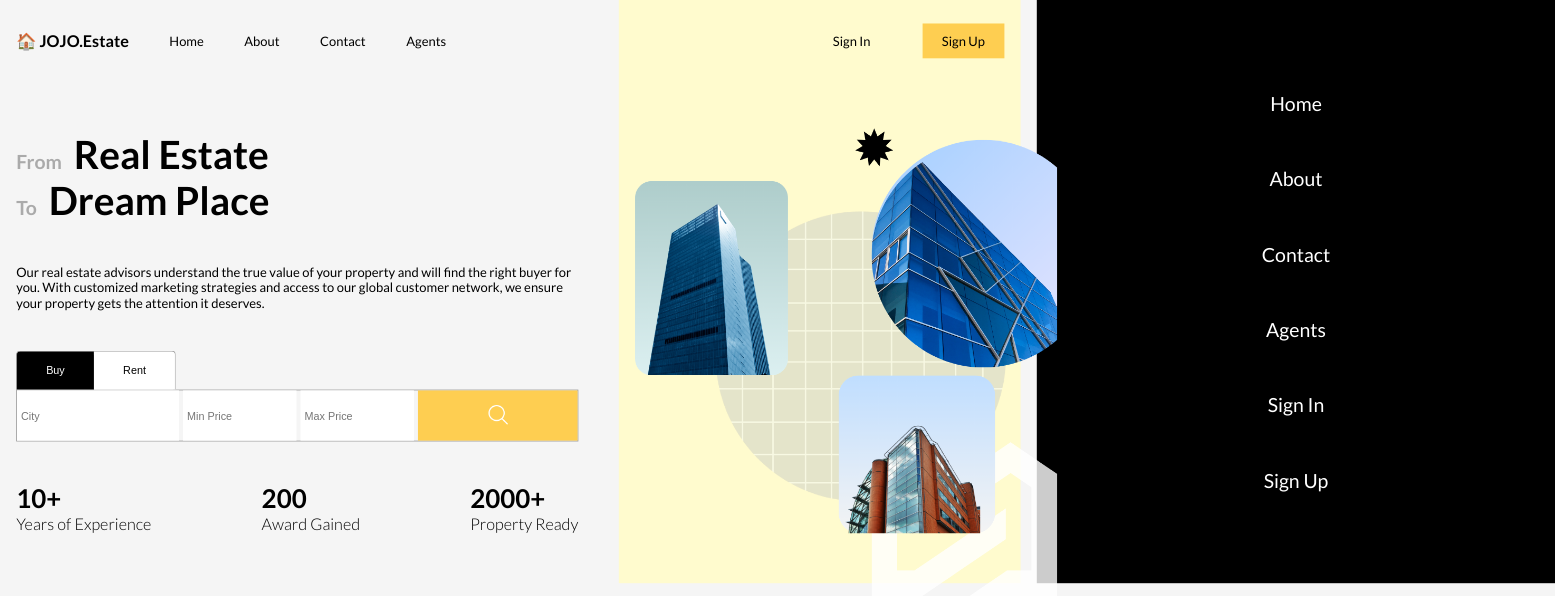
Repository: AiTrinh303/JOJO-estate
Page: /
An editor plug-in stored every save of this project. The page is shown before and after the next save, followed by the edit.
The browser window is 1280 px wide. The page is 1920 px wide, so the pictures cover 1920 px, including what lies to the right of the window. The pictures show the whole page, at 81% of full size.
The page's requests for data from a server got no answer. The project was rebuilt for these pictures with package versions that can differ from the ones it lists, and the page was loaded fresh each time. No one was signed in, and anything a server would have sent is missing. Also part of the build but not shown: vite.config.js, src/routes/listPage/listPage.scss, src/components/filter/filter.scss, src/components/filter/Filter.jsx, src/components/card/card.scss, src/components/card/Card.jsx, src/components/map/map.scss, src/components/pin/pin.scss and 21 more. Imported but missing from the stored project, and not drawn on this page: src/components/uploadWidget/UploadWidget.

Above is the page before, as saved 2024-08-06 21:38:41.

### index.html
<!DOCTYPE html>
<html lang="en">
  <head>
    <meta charset="UTF-8" />
    <link rel="icon" type="image/svg+xml" href="/logo.png" />
    <meta name="viewport" content="width=device-width, initial-scale=1.0" />
    <title>🏠JOJO Estate App</title>
    <meta name="description" content="Buy, Sell and Rent Properties" />
    <link
      href="https://fonts.googleapis.com/css2?family=Lato:ital,wght@0,100;0,300;0,400;0,700;0,900;1,100;1,300;1,400;1,700;1,900&display=swap"
      rel="stylesheet"
    />
  </head>
  <body>
    <div id="root"></div>
    <script type="module" src="/src/main.jsx"></script>
  </body>
</html>

### src/App.jsx
import HomePage from "./routes/homePage/homePage";
import { createBrowserRouter, RouterProvider } from "react-router-dom";
import ListPage from "./routes/listPage/listPage";
import { Layout, RequireAuth } from "./routes/layout/layout";
import SinglePage from "./routes/singlePage/singlePage";
import ProfilePage from "./routes/profilePage/profilePage";
import Login from "./routes/login/login";
import Register from "./routes/register/register";
import ProfileUpdatePage from "./routes/profileUpdatePage/profileUpdatePage";
import NewPostPage from "./routes/newPostPage/newPostPage";
import { listPageLoader, profilePageLoader, singlePageLoader } from "./lib/loaders";

function App() {
  const router = createBrowserRouter([
    {
      path: "/",
      element: <Layout />,
      children: [
        {
          path: "/",
          element: <HomePage />,
        },
        {
          path: "/list",
          element: <ListPage />,
          loader: listPageLoader,
        },
        {
          path: "/:id",
          element: <SinglePage />,
          loader: singlePageLoader,
        },
        {
          path: "/login",
          element: <Login />,
        },
        {
          path: "/register",
          element: <Register />,
        },
      ],
    },
    {
      path: "/",
      element: <RequireAuth />,
      children: [
        {
          path: "/profile",
          element: <ProfilePage />,
          loader: profilePageLoader
        },
        {
          path: "/profile/update",
          element: <ProfileUpdatePage />,
        },
        {
          path: "/add",
          element: <NewPostPage />,
        },
      ],
    },
  ]);

  return <RouterProvider router={router} />;
}

export default App;

### src/index.scss
*{
  padding: 0;
  margin: 0;
  box-sizing: border-box;
}

a {
  text-decoration: none;
  color: inherit;
}

body{
  font-family: "Lato", sans-serif;
  overflow: hidden;
  background-color: #f5f5f5;
}

### src/routes/homePage/homePage.jsx
import { useContext } from "react";
import SearchBar from "../../components/searchBar/SearchBar";
import "./homePage.scss";
import { AuthContext } from "../../context/AuthContext";

function HomePage() {

  const {currentUser} = useContext(AuthContext)

  return (
    <div className="homePage">
      <div className="textContainer">
        <div className="wrapper">
          <h1 className="title">
            <span className="small-text">From </span>
            <span className="animated-text">Real Estate</span>
            <br />
            <span className="small-text">To </span>
            <span className="animated-text">Dream Place</span>
          </h1>
          <p>
          Our real estate advisors understand the true value of your property and will find the right buyer for you. With customized marketing strategies and access to our global customer network, we ensure your property gets the attention it deserves.
          </p>
          <SearchBar />
          <div className="boxes">
            <div className="box">
              <h1>10+</h1>
              <h2>Years of Experience</h2>
            </div>
            <div className="box">
              <h1>200</h1>
              <h2>Award Gained</h2>
            </div>
            <div className="box">
              <h1>2000+</h1>
              <h2>Property Ready</h2>
            </div>
          </div>
        </div>
      </div>
      <div className="imgContainer">
        <img src="/bg.png" alt="" />
      </div>
      {/* <div className="imgBottom">
        <img src="/bg1.jpg" alt="" />
      </div> */}
    </div>
  );
}

export default HomePage;

### src/routes/layout/layout.jsx
import "./layout.scss";
import Navbar from "../../components/navbar/Navbar";
import { Navigate, Outlet } from "react-router-dom";
import { useContext } from "react";
import { AuthContext } from "../../context/AuthContext";

function Layout() {
  return (
    <div className="layout">
      <div className="navbar">
        <Navbar />
      </div>
      <div className="content">
        <Outlet />
      </div>
    </div>
  );
}

function RequireAuth() {
  const { currentUser } = useContext(AuthContext);

  if (!currentUser) return <Navigate to="/login" />;
  else {
    return (
      <div className="layout">
        <div className="navbar">
          <Navbar />
        </div>
        <div className="content">
          <Outlet />
        </div>
      </div>
    );
  }
}

export { Layout, RequireAuth };

### src/components/searchBar/SearchBar.jsx
import { useState } from "react";
import "./searchBar.scss";
import { Link } from "react-router-dom";

const types = ["buy", "rent"];

function SearchBar() {
  const [query, setQuery] = useState({
    type: "buy",
    city: "",
    minPrice: 0,
    maxPrice: 0,
  });

  const switchType = (val) => {
    setQuery((prev) => ({ ...prev, type: val }));
  };

  const handleChange = (e) => {
    setQuery((prev) => ({ ...prev, [e.target.name]: e.target.value }));
  };

  return (
    <div className="searchBar">
      <div className="type">
        {types.map((type) => (
          <button
            key={type}
            onClick={() => switchType(type)}
            className={query.type === type ? "active" : ""}
          >
            {type}
          </button>
        ))}
      </div>
      <form>
        <input
          type="text"
          name="city"
          placeholder="City"
          onChange={handleChange}
        />
        <input
          type="number"
          name="minPrice"
          min={0}
          max={10000000}
          placeholder="Min Price"
          onChange={handleChange}
        />
        <input
          type="number"
          name="maxPrice"
          min={0}
          max={10000000}
          placeholder="Max Price"
          onChange={handleChange}
        />
        <Link
          to={`/list?type=${query.type}&city=${query.city}&minPrice=${query.minPrice}&maxPrice=${query.maxPrice}`}
        >
          <button>
            <img src="/search.png" alt="" />
          </button>
        </Link>
      </form>
    </div>
  );
}

export default SearchBar;

### src/routes/homePage/homePage.scss
@import "../../responsive.scss";

.homePage {
  display: flex;
  height: 100%;
  // background-color: #f5f5f5;

  .textContainer {
    flex: 3;

    .wrapper {
      padding-right: 100px;
      display: flex;
      flex-direction: column;
      justify-content: center;
      gap: 50px;
      height: 100%;

      @include lg{
        padding-right: 50px;
      }

      @include md{
        padding: 0;
      }

      @include sm{
        justify-content: flex-start;
      }

      .title {
        font-size: 64px;
        .small-text {
          font-size: 0.5em;
          color: #aaa;
          margin-right: 10px;
        }
        .animated-text {
          display: inline-block;
          position: relative;
          animation: slide-in 2s ease-in-out;
        }
        @include lg {
          font-size: 48px;
        }
      }

      .boxes {
        display: flex;
        justify-content: space-between;

        @include sm {
          display: none;
        }

        h1 {
          font-size: 36px;


          @include lg {
            font-size: 32px;
          }
        }

        h2 {
          font-size: 20px;
          font-weight: 300;
        }
      }
    }
  }

  .imgContainer {
    flex: 2;
    background-color: #fffbce;
    position: relative;
    display: flex;
    align-items: center;


    @include md {
      display: none;
    }

    img {
      width: 115%;
      position: absolute;
      right: -45px;


      @include lg {
        width: 105%;
      }
    }
  }


}
@keyframes slide-in {
  0% {
    opacity: 0;
    transform: translateX(-100%);
  }
  100% {
    opacity: 1;
    transform: translateX(0);
  }
}

### src/routes/layout/layout.scss
@import "../../responsive.scss";

.layout {
  height: 100vh;
  max-width: 1366px;
  margin-left: auto;
  margin-right: auto;
  padding-left: 20px;
  padding-right: 20px;
  display: flex;
  flex-direction: column;

  @include lg {
    max-width: 1280px;
  }

  @include md {
    max-width: 768px;
  }

  @include sm {
    max-width: 640px;
  }

  .content {
    // flex: 1;
    height: calc(100vh - 100px);
  }
}

### src/components/navbar/Navbar.jsx
import { useContext, useState } from "react";
import "./navbar.scss";
import { Link } from "react-router-dom";
import { AuthContext } from "../../context/AuthContext";
import { useNotificationStore } from "../../lib/notificationStore";

function Navbar() {
  const [open, setOpen] = useState(false);

  const { currentUser } = useContext(AuthContext);

  const fetch = useNotificationStore((state) => state.fetch);
  const number = useNotificationStore((state) => state.number);

  if(currentUser) fetch();

  return (
    <nav>
      <div className="left">
        <a href="/" className="logo">
          <span>🏠 JOJO.Estate</span>
        </a>
        <a href="/">Home</a>
        <a href="/">About</a>
        <a href="/">Contact</a>
        <a href="/">Agents</a>
      </div>

      <div className="right">
        <a href="/">Sign In</a>
        <a href="/" className="register">Sign Up</a>
        <div className="menuIcon">
          <img
            src="/menu.png"
            alt="menu"
            onClick={() => setOpen((prev) => !prev)}/>
        </div>
        <div className={open ? "menu active" : "menu"}>
          <a href="/">Home</a>
          <a href="/">About</a>
          <a href="/">Contact</a>
          <a href="/">Agents</a>
          <a href="/">Sign In</a>
          <a href="/">Sign Up</a>
        </div>
        {/* {currentUser ? (
          <div className="user">
            <img src={currentUser.avatar || "/noavatar.jpg"} alt="" />
            <span>{currentUser.username}</span>
            <Link to="/profile" className="profile">
              {number > 0 && <div className="notification">{number}</div>}
              <span>Profile</span>
            </Link>
          </div>
        ) : (
          <>
            <a href="/login">Sign in</a>
            <a href="/register" className="register">
              Sign up
            </a>
          </>
        )}
        <div className="menuIcon">
          <img
            src="/menu.png"
            alt=""
            onClick={() => setOpen((prev) => !prev)}
          />
        </div>
        <div className={open ? "menu active" : "menu"}>
          <a href="/">Home</a>
          <a href="/">About</a>
          <a href="/">Contact</a>
          <a href="/">Agents</a>
          <a href="/">Sign in</a>
          <a href="/">Sign up</a>
        </div> */}
      </div>
    </nav>
  );
}

export default Navbar;

### src/components/searchBar/searchBar.scss
@import "../../responsive.scss";

.searchBar {
  .type {


    button {
      padding: 16px 36px;
      border: 1px solid #999;
      border-bottom: none;
      cursor: pointer;
      background-color: white;
      text-transform: capitalize;

      &.active {
        background-color: black;
        color: white;
      };

      &:first-child {
        border-top-left-radius: 5px;
        border-right: none;
      };
      &:last-child {
        border-top-right-radius: 5px;
        border-left: none;
      };
    }
  }

  form {
    border: 1px solid #999;
    display: flex;
    justify-content: space-between;
    height: 64px;
    gap: 5px;

    @include sm {
      flex-direction: column;
      border: none;
    };

    input {
      border: none;
      padding: 0px 10px;
      width: 200px;

      @include lg {
        padding: 0px 5px;

        &:nth-child(2),
        &:nth-child(3) {
          width: 140px;
        }
      };
      @include md {
        width: 200px;
        &:nth-child(2),
        &:nth-child(3) {
          width: 200px;
        }
      };

      @include sm{
        width: auto;
        &:nth-child(2),
        &:nth-child(3) {
          width: auto;
        }
        padding: 20px;
        border: 1px solid #999;
      }
    };

    a{
      flex: 1;
      background-color: #fece51;
      display: flex;
      align-items: center;
      justify-content: center;

      button {
        border: none;
        cursor: pointer;
        background-color: #fece51;

        @include sm{
          padding: 10px;
        }

        img {
          width: 24px;
          height: 24px;
        }
      }
    }
  }
}

### src/responsive.scss
@mixin sm {
  @media (max-width: 738px) {
    @content;
  }
};

@mixin md {
  @media (max-width: 1024px) {
    @content;
  }
};

@mixin lg {
  @media (max-width: 1366px) {
    @content;
  }
};

### src/components/navbar/navbar.scss
@import "../../responsive.scss";

nav {
  height: 100px;
  display: flex;
  justify-content: space-between;
  align-items: center;

  a {
    transition: all 0.4s ease;

    @include sm {
      display: none;
    }

    &:hover {
      scale: 1.08;
    }
  }

  .left {
    flex: 3;
    display: flex;
    align-items: center;
    gap: 50px;

    .logo {
      font-weight: bold;
      font-size: 20px;
      display: flex;
      align-items: center;
      gap: 3px;

      span {
        @include md {
          display: none;
        }

        @include sm {
          display: initial;
        }
      }
    }
  }
  .right {
    flex: 2;
    display: flex;
    align-items: center;
    justify-content: flex-end;
    background-color: #fffbce;
    ;
    height: 100%;

    @include md {
      background-color: transparent;
    }

    a {
      padding: 12px 24px;
      margin: 20px;
    }

    .user{
      display: flex;
      align-items: center;
      font-weight: bold;

      img{
        width: 40px;
        height: 40px;
        border-radius: 50%;
        object-fit: cover;
        margin-right: 20px;
      }

      span{
        @include sm{
          display: none;
        }
      }

      .profile{
        padding: 12px 24px;
        background-color: #fece51;
        cursor: pointer;
        border: none;
        position: relative;

        .notification{
          position: absolute;
          top: -8px;
          right: -8px;
          background-color: red;
          color: white;
          border-radius: 50%;
          width: 26px;
          height: 26px;
          display: flex;
          align-items: center;
          justify-content: center;
        }

      }
    }

    .register {
      background-color: #fece51;
    }

    .menuIcon {
      display: none;
      z-index: 999;

      img {
        width: 36px;
        height: 36px;
        cursor: pointer;
      }

      @include sm {
        display: inline;
      }
    }

    .menu {
      position: absolute;
      top: 0;
      right: -50%;
      background-color: black;
      color: white;
      height: 100vh;
      width: 50%;
      transition: all 1s ease;
      display: flex;
      flex-direction: column;
      align-items: center;
      justify-content: center;
      font-size: 24px;

      &.active {
        right: 0;
      }

      @include sm {
        a {
          display: initial;
        }
      }
    }
  }
}

Loaded but not shown: src/main.jsx (common file); src/context/AuthContext.jsx (common file); src/context/SocketContext.jsx (common file); src/lib/loaders.js (common file); src/lib/apiRequest.js (common file); src/lib/notificationStore.js (common file)

After the next save:
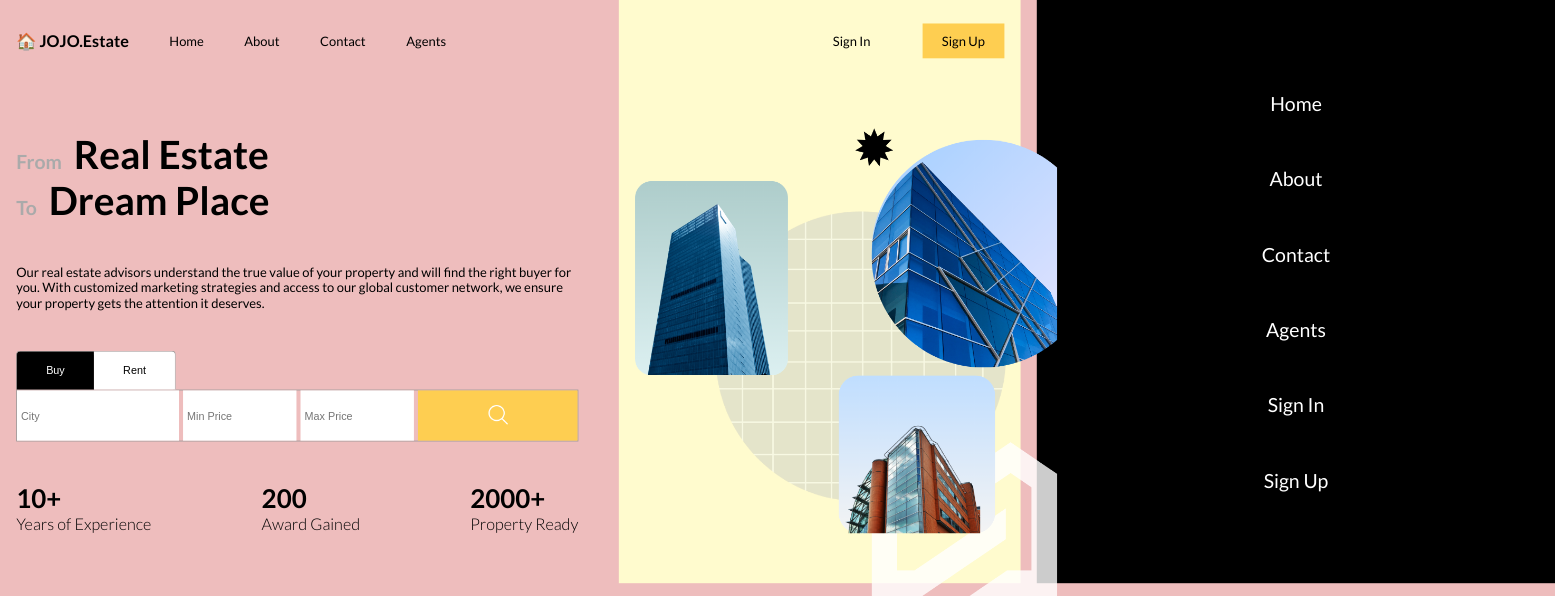
Saved 14 s later.
--- a/src/index.scss
+++ b/src/index.scss
@@ -12,5 +12,5 @@ a {
 body{
   font-family: "Lato", sans-serif;
   overflow: hidden;
-  background-color: #f5f5f5;
+  background-color: #eebdbd;
 }
